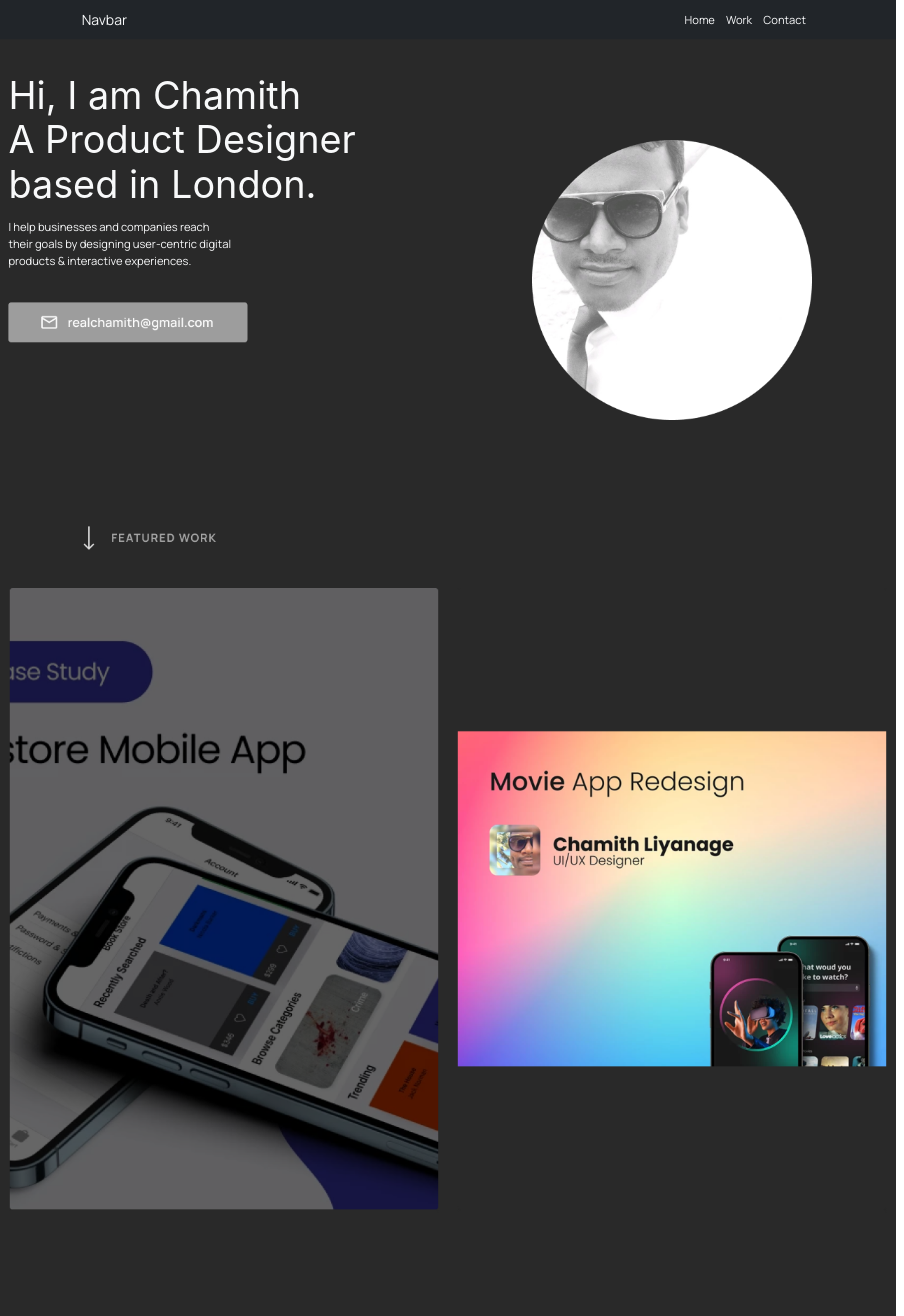
Repository: Realchamithweb/chamith-html
Page: index.html
An editor plug-in stored every save of this project. The page is shown before and after a run of saves, followed by the edit.
The browser window is 1280 px wide. The page is 1292 px wide, so the pictures cover 1292 px, including what lies to the right of the window. The pictures show the part of the page from y = 0 to 1880 px (the page is 4225 px tall), at 70% of full size.

Above is the page before, as saved 2023-01-04 16:22:52.

### index.html
<!doctype html>
<html lang="en">
  <head>
    <!-- Required meta tags -->
    <meta charset="utf-8">
    <meta name="viewport" content="width=device-width, initial-scale=1">
    <link rel="stylesheet" href="/css/style.css">
    <link rel="script" href="/js/main.js">
    <!-- Bootstrap CSS -->
    <link href="https://cdn.jsdelivr.net/npm/bootstrap@5.0.2/dist/css/bootstrap.min.css" rel="stylesheet" integrity="sha384-EVSTQN3/azprG1Anm3QDgpJLIm9Nao0Yz1ztcQTwFspd3yD65VohhpuuCOmLASjC" crossorigin="anonymous">
    <link rel="stylesheet" href="https://fonts.googleapis.com/css?family=Manrope">
    <title>Hello, world!</title>
  </head>
  <body>
    <div class="main">
            <div class="head">
                <nav class="navbar navbar-expand-lg navbar-light bg-dark">
                    <div class="container-fluid">
                        <div class="col-md-1"></div>
                    <a class="navbar-brand col-md-8 text-light" href="#">Navbar</a>
                    <button class="navbar-toggler" type="button" data-bs-toggle="collapse" data-bs-target="#navbarNavDropdown" aria-controls="navbarNavDropdown" aria-expanded="false" aria-label="Toggle navigation">
                        <span class="navbar-toggler-icon"></span>
                    </button>
                    <div class="collapse navbar-collapse" id="navbarNavDropdown">
                        <ul class="navbar-nav">
                        <li class="nav-item">
                            <a class="nav-link active text-light" aria-current="page" href="#">Home</a>
                        </li>
                        <li class="nav-item">
                            <a class="nav-link text-light" href="/work.html">Work</a>
                        </li>
                        <li class="nav-item">
                            <a class="nav-link text-light" href="/contact.html">Contact</a>
                        </li>
                        </ul>
                    </div>
                    </div>
                </nav>
            </div>

            <section>
            <div class="hero">
                <div class="container-fluid">
                    <div class="row">
                        <div class="col-lg-6">
                            <p class="hero-title text-light mt-5">Hi, I am Chamith<br>
                                A Product Designer<br>
                                based in London.
                            </p>
                            <p class="hero-text text-light mt-2">
                                I help businesses and companies reach <br>
                                their goals by designing user-centric digital <br>
                                products & interactive experiences.
                            </p>
                            <div class="mt-5">
                                <img src="/inc/Btn.png" class="">
                            </div>
                        </div>
                        <div class="col-lg-6 d-flex justify-content-center mb-5 mt-5">
                            <img src="/inc/unsplash_XHVpWcr5grQ.png"" class="hero-img">
                        </div>
                    </div>
                </div>
            </div>
            </section>
            <section>
            <div class="Featured-Work">
                <div class="container-fluid">
                    <div class="row mt-5">
                        <div class="col-lg-1  mb-5"></div>
                        <div class="col-lg-10  mb-5 mt-5">
                            <img src="/inc/Featured.png" class="img00">
                        </div>
                        <div class="col-lg-6 d-flex justify-content-center">
                            <img src="/inc/unsplash_mxPiMiz7KCo.png" class="img01">

                        </div>
                        <div class="col-lg-6 d-flex justify-content-center">
                            <img src="/inc/unsplash_g-pKprPg5yw.png" class="img02">
                        </div>
                    </div>
                </div>
                <div class="container-fluid">
                    <div class="row">
                        <div class="col-lg-6 d-flex justify-content-center">
                            <img src="/inc/unsplash_pqzRfBhd9r0.png" class="img01">
                        </div>
                        <div class="col-lg-6 d-flex justify-content-center">
                            <img src="/inc/unsplash_x-HpilsdKEk.png" class="img01">
                        </div>
                    </div>
                </div>
            </div>
            </section>
            <section>
                <div class="Visual-Explorations mb-5">
                    <div class="container-fluild">
                        <div class="row">
                            <div class="col-lg-12 d-flex justify-content-center text-light h1 mt-5 mb-5">Visual Explorations</div>
                            <div class="col-lg-4 d-flex justify-content-center">
                                <img src="/inc/unsplash_fd6K_OFlnRA.png" class="img01">
                            </div>
                            <div class="col-lg-4 d-flex justify-content-center">
                                <img src="/inc/unsplash_Glel-RswQqM.png" class="img01">
                            </div>
                            <div class="col-lg-4 d-flex justify-content-center">
                                <img src="/inc/unsplash_pPTw_RTkvXQ.png" class="img01">
                            </div>
                        </div>
                    </div>
                </div>
            </section>
            <section>
                <div class="Personal-Projects">
                    <div class="container-fluild">
                        <div class="row">
                            <div class="col-lg-12 d-flex justify-content-center text-light h1 mt-5">Personal Projects</div>
                            <div class="col-lg-4 d-flex justify-content-center">
                                <img src="/inc/Rectangle 4.png" class="img01">
                            </div>
                            <div class="col-lg-4 d-flex justify-content-center">
                                <img src="/inc/Rectangle 4-1.png" class="img01">
                            </div>
                            <div class="col-lg-4 d-flex justify-content-center">
                                <img src="/inc/Rectangle 4-2.png" class="img01">
                            </div>
                        </div>
                    </div>
                </div>
            </section>
            <section>
                <div class="contact-me">
                    <div class="container-fluild">
                        <div class="row">
                                <h2 class="text-light d-flex justify-content-center mb-5">Contact Me</h2>
                                <p class="text-light d-flex text-center justify-content-center h5 mb-5">If you are looking to hire a product designer,<br>
                                    I’m currently available for freelance work</p>
                                <div class="col-lg-12 d-flex justify-content-center mb-5">
                                    <img src="/inc/Btn.png" class="img02">
                                </div>
                        </div>
                    </div>
                </div>
            </section>
            <section>
                <div class="footer">
                    <div class="container-fluild">
                        <div class="row">
                            <hr class="text-light">
                            <div class="col-lg-4 text-center text-light mb-3">Made by Chamith — Copyright 2022</div>
                            <div class="col-lg-4 mb-3"></div>
                            <div class="col-lg-4 mb-3"><img src="/inc/Icons.png" class="img02"></div>
                        </div>
                    </div>
                </div>
            </section>

    </div>




    <!-- Optional JavaScript; choose one of the two! -->

    <!-- Option 1: Bootstrap Bundle with Popper -->
    <script src="https://cdn.jsdelivr.net/npm/bootstrap@5.0.2/dist/js/bootstrap.bundle.min.js" integrity="sha384-MrcW6ZMFYlzcLA8Nl+NtUVF0sA7MsXsP1UyJoMp4YLEuNSfAP+JcXn/tWtIaxVXM" crossorigin="anonymous"></script>

    <!-- Option 2: Separate Popper and Bootstrap JS -->
    <!--
    <script src="https://cdn.jsdelivr.net/npm/@popperjs/core@2.9.2/dist/umd/popper.min.js" integrity="sha384-IQsoLXl5PILFhosVNubq5LC7Qb9DXgDA9i+tQ8Zj3iwWAwPtgFTxbJ8NT4GN1R8p" crossorigin="anonymous"></script>
    <script src="https://cdn.jsdelivr.net/npm/bootstrap@5.0.2/dist/js/bootstrap.min.js" integrity="sha384-cVKIPhGWiC2Al4u+LWgxfKTRIcfu0JTxR+EQDz/bgldoEyl4H0zUF0QKbrJ0EcQF" crossorigin="anonymous"></script>
    -->
  </body>
</html>

### css/style.css
.main{
    background-color: #292929;
    font-family: 'Manrope', serif;

}

.hero-img{
    margin-top: 6em;
}

.hero-title{
    font-family: 'Inter';
    font-style: normal;
    font-weight: 400;
    font-size: 54px;
    line-height: 64px;

}

/*
.hero-title{
    position: absolute;
    width: 824px;
    height: 192px;
    left: 96px;
    top: 240px;

    font-family: 'Inter';
    font-style: normal;
    font-weight: 400;
    font-size: 54px;
    line-height: 64px;
    color: #000000;
}

.hero-text{
    position: absolute;
    width: 824px;
    height: 90px;
    left: 96px;
    top: 456px;

    font-family: 'Inter';
    font-style: normal;
    font-weight: 400;
    font-size: 20px;
    line-height: 30px;
    /* or 150% */
    /* color: #000000
}

.hero-btn{
    box-sizing: border-box;
    position: absolute;
    width: 341.57px;
    height: 57px;
    left: 96px;
    top: 634px;

    background: #FFFFFF;
    border: 1px solid #000000;
    border-radius: 4px;
}

.f-row{
    display: flex;
    flex-direction: row;
    justify-content: center;
    align-items: center;
    padding: 8px;
    gap: 32px;

    position: absolute;
    height: 48px;
    left: 96px;
    top: 836px;
}

.img00{
    display: flex;
    flex-direction: row;
    justify-content: center;
    align-items: center;
    padding: 8px;
    gap: 32px;

    position: absolute;
    width: 198px;
    height: 48px;
    left: 96px;
    top: 836px;

}

.img01{
    position: absolute;
    width: 612px;
    height: 888px;
    left: 96px;
    top: 964px;
    border-radius: 4px;
}

.img01:hover{
    background: linear-gradient(0deg, rgba(0, 0, 0, 0.6), rgba(0, 0, 0, 0.6)), url("/inc/Bookstore.png"), #292929;
}

.img02{
    position: absolute;
    width: 612px;
    height: 888px;
    left: 732px;
    top: 1102px;

    background: url(3ffea8135910975.Y3JvcCwxMDgwLDg0NCwwLDExNw.png), #292929;
    border-radius: 4px;
}  */

After the next 2 saves:
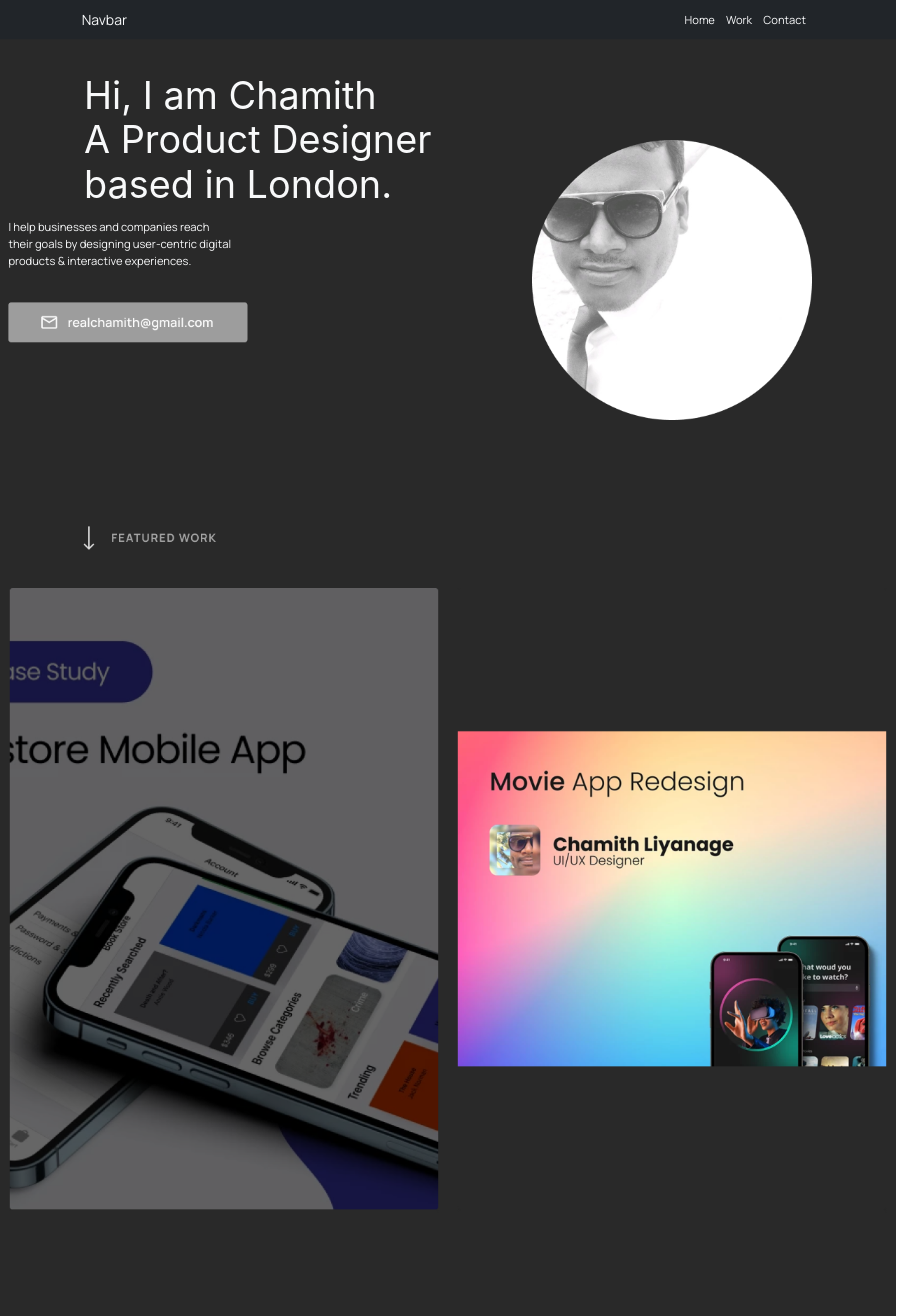
The 2 saves are shown as one change because they came seconds apart.
The last was saved 46 s later.
--- a/css/style.css
+++ b/css/style.css
@@ -14,7 +14,7 @@
     font-weight: 400;
     font-size: 54px;
     line-height: 64px;
-
+    margin-left: 2em;
 }
 
 /*
